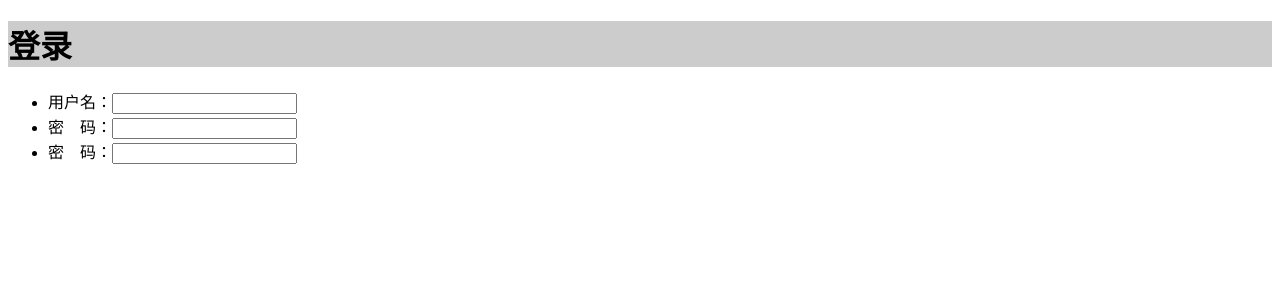
Repository: jiangrongbo/mybatis-blog
Page: http://localhost/exam3/
The author's editor kept a copy of each file at every save. The page is drawn from the files as they stood at one save, then again after the next save.
The browser window is 1280 px wide. The pictures show the whole page.
The page is served by Tomcat 9. Other server files are loaded and not shown.

Above is the page before, as saved 2015-06-28 13:13:25.

### exam3/WebContent/index.jsp
<%@ page language="java" contentType="text/html; utf-8"  pageEncoding="utf-8"%>
<!DOCTYPE html PUBLIC "-//W3C//DTD HTML 4.01 Transitional//EN" "http://www.w3.org/TR/html4/loose.dtd">
<html>
<head>
<meta http-equiv="Content-Type" content="text/html; utf-8">
<title>登录页面</title>
<style>
#login h1{
background:#ccc;
}
</style>
</head>
<body>
	<div id="login">
		<h1>登录</h1>
		<ul>
			<li>用户名：<input type="text" name="username"></li>
			<li>密　码：<input type="text" name="password"></li>
			<li>密　码：<input type="text" name="password"></li>
		</ul>
	</div>
</body>
</html>

After the next save:
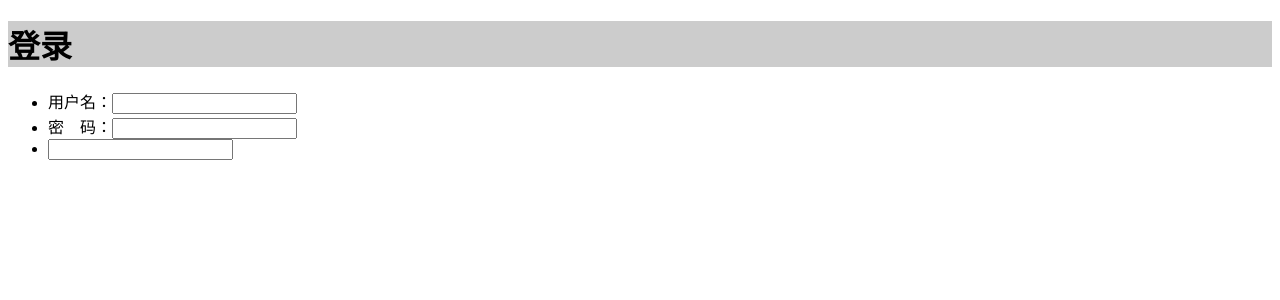
Saved 4 s later.
--- a/exam3/WebContent/index.jsp
+++ b/exam3/WebContent/index.jsp
@@ -16,7 +16,7 @@ background:#ccc;
 		<ul>
 			<li>用户名：<input type="text" name="username"></li>
 			<li>密　码：<input type="text" name="password"></li>
-			<li>密　码：<input type="text" name="password"></li>
+			<li><input type="text" name="password"></li>
 		</ul>
 	</div>
 </body>
